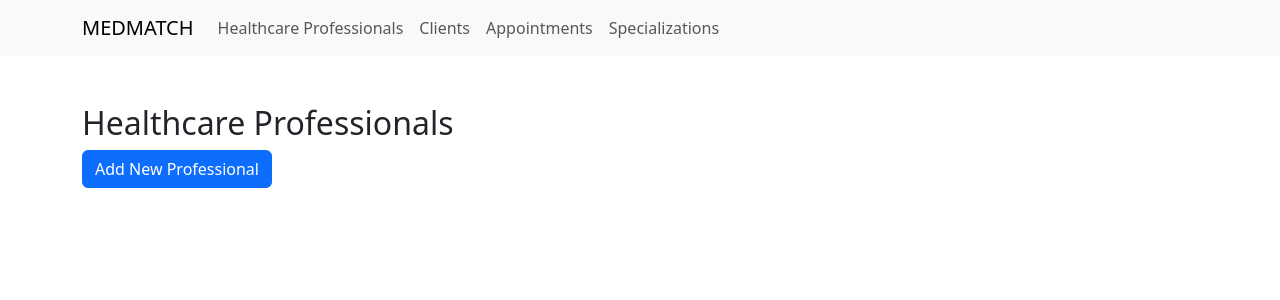
Repository: fahma20/medmatch-platform
Page: /healthcare-professionals (app in client/)
The author's editor kept a copy of each file at every save. The page is drawn from the files as they stood at one save, then again after the next save.
The browser window is 1280 px wide. The pictures show the whole page.
The page's requests for data from a server got no answer. The project was rebuilt for these pictures with package versions that can differ from the ones it lists, and the page was loaded fresh each time. No one was signed in, and anything a server would have sent is missing. Also part of the build but not shown: client/src/components/Specializations.js, client/src/components/Appointments.js, client/src/components/Clients.js, client/src/components/Homepage.js.

Above is the page before, as saved 2025-01-31 08:47:05.

After the next save:
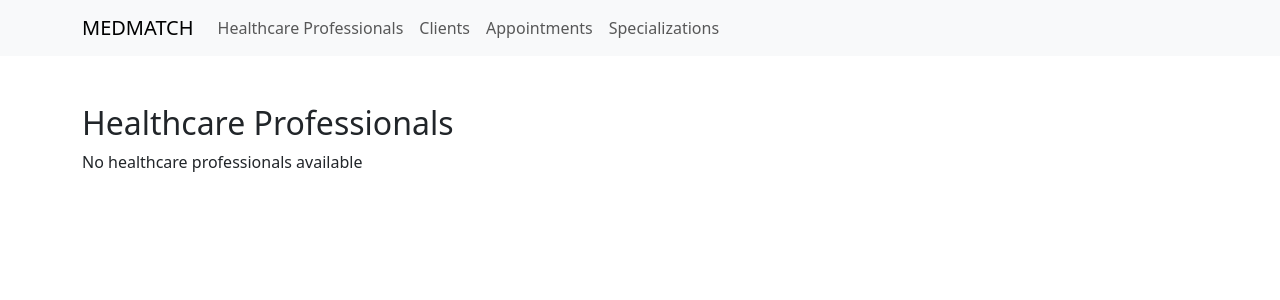
Saved 6 s later.
--- a/client/src/components/Healthcareprofessionals.js
+++ b/client/src/components/Healthcareprofessionals.js
@@ -4,38 +4,49 @@
 
 // HealthcareProfessionals.js
 // HealthcareProfessionals.js
-import React, { useState, useEffect } from 'react';
+import React, { useEffect, useState } from 'react';
 import axios from 'axios';
-import { Link } from 'react-router-dom';
 
 const HealthcareProfessionals = () => {
   const [professionals, setProfessionals] = useState([]);
+  const [loading, setLoading] = useState(true);
 
   useEffect(() => {
-    axios.get('/api/healthcare_professionals')
+    // Fetch healthcare professionals from the backend
+    axios.get('http://localhost:5000/api/healthcare_professionals')
       .then(response => {
         setProfessionals(response.data);
+        setLoading(false);
       })
       .catch(error => {
-        console.error("There was an error fetching healthcare professionals:", error);
+        console.error('Error fetching healthcare professionals:', error);
+        setLoading(false);
       });
   }, []);
+
+  if (loading) {
+    return <div>Loading...</div>;
+  }
 
   return (
     <div>
       <h2>Healthcare Professionals</h2>
-      <Link to="/healthcare-professionals/create" className="btn btn-primary mb-3">Add New Professional</Link>
-      <div className="list-group">
-        {professionals.map(professional => (
-          <div key={professional.id} className="list-group-item d-flex justify-content-between align-items-center">
-            <span>{professional.name}</span>
-            <div>
-              <Link to={`/healthcare-professionals/${professional.id}`} className="btn btn-info btn-sm me-2">View</Link>
-              <Link to={`/healthcare-professionals/${professional.id}/edit`} className="btn btn-warning btn-sm">Edit</Link>
+      {professionals.length === 0 ? (
+        <p>No healthcare professionals available</p>
+      ) : (
+        <div className="card-deck">
+          {professionals.map((professional) => (
+            <div key={professional.id} className="card">
+              <img className="card-img-top" src="placeholder.jpg" alt={professional.name} />
+              <div className="card-body">
+                <h5 className="card-title">{professional.name}</h5>
+                <p className="card-text">Specialization: {professional.specializations.map(specialization => specialization.name).join(', ')}</p>
+                <p className="card-text">Status: {professional.status}</p>
+              </div>
             </div>
-          </div>
-        ))}
-      </div>
+          ))}
+        </div>
+      )}
     </div>
   );
 };
